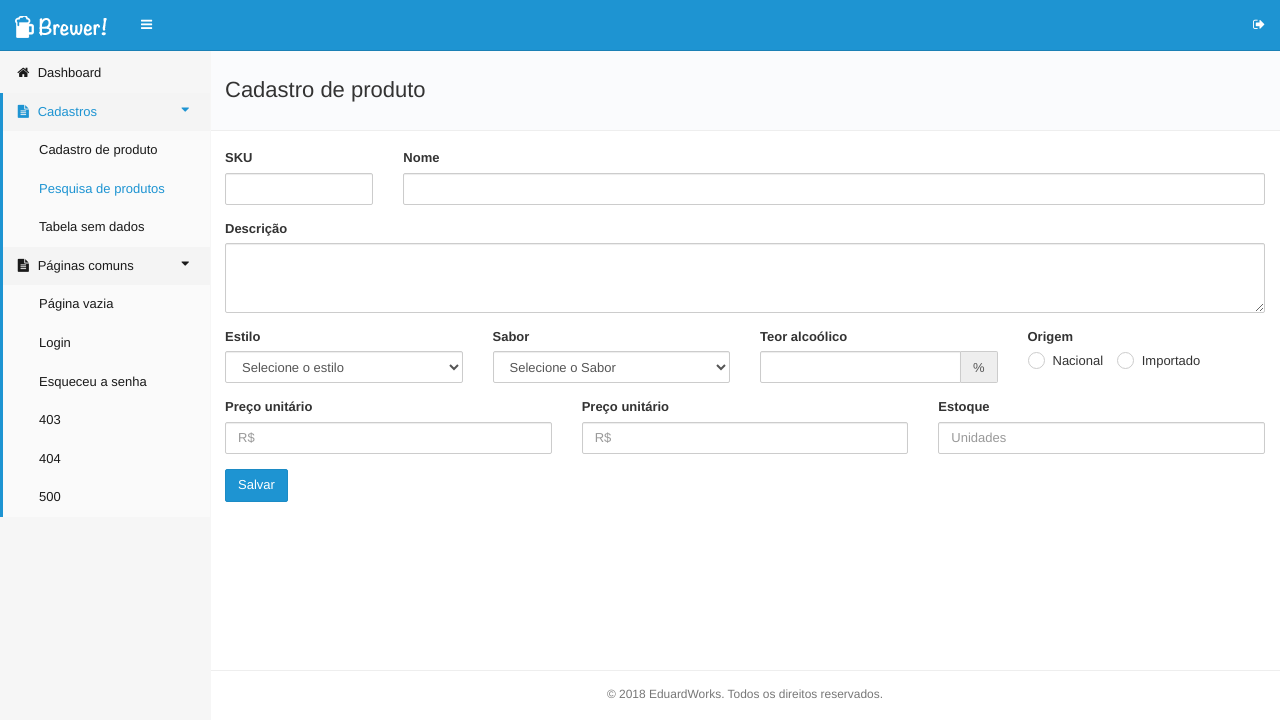
Repository: dumuller/spring-expert
Page: http://localhost/cerveja/CadastroCerveja
These files come from the project's save history. The page is drawn as it stood at one moment and after the next save; the edit follows.
The browser window is 1280 px wide. The pictures show the whole page.
The page is this project's Thymeleaf template; nobody is signed in. The template is opened directly, without the code that normally fills it, so the values that code supplies are empty.

Above is the page before, as saved 2018-12-10 16:53:15.

### brewer/src/main/resources/templates/cerveja/CadastroCerveja.html
<!DOCTYPE html>
<html lang="pt"xmlns="http://www.w3.org/1999/xhtml "
	           xmlns:th="http://www.thymeleaf.org">
<head>
	<meta charset="UTF-8"/>
	<meta http-equiv="X-UA-Compatible" content="IE=edge"/>
	<meta name="viewport" content="width=device-width, initial-scale=1"/>

	<title>Brewer</title>

	<link rel="stylesheet" type="text/css" href="/brewer/layout/stylesheets/vendors.min.css"/>
	<link rel="stylesheet" type="text/css" href="/brewer/layout/stylesheets/algaworks.min.css"/>
	<link rel="stylesheet" type="text/css" href="/brewer/layout/stylesheets/application.css"/>

	<!-- HTML5 shim and Respond.js for IE8 support of HTML5 elements and media queries -->
	<!-- WARNING: Respond.js doesn't work if you view the page via file:// -->
	<!--[if lt IE 9]>
		<script src="https://oss.maxcdn.com/html5shiv/3.7.2/html5shiv.min.js"></script>
		<script src="https://oss.maxcdn.com/respond/1.4.2/respond.min.js"></script>
	<![endif]-->
</head>
<body>

	<div class="aw-layout-page">


	<nav class="navbar  navbar-fixed-top  navbar-default  js-sticky-reference" id="main-navbar">
	  <div class="container-fluid">

	    <div class="navbar-header">
	      <a class="navbar-brand  hidden-xs" href="#">
	        <img alt="AlgaWorks" src="/brewer/images/logo.png"/>
	      </a>

	      <ul class="nav  navbar-nav">
	        <li>
	          <a href="#" class="js-sidebar-toggle"><i class="fa  fa-bars"></i></a>
	        </li>
	      </ul>
	    </div>

	    <ul class="nav navbar-nav  navbar-right">

	      <li>
	        <a href="#"><em class="fa  fa-sign-out"></em></a>
	      </li>
	    </ul>

	  </div>
	</nav>

	<aside class="aw-layout-sidebar  js-sidebar">
		<div class="aw-layout-sidebar__content">

	    	<nav class="aw-menu  js-menu">
	      		<ul class="aw-menu__list">

	        	<li class="aw-menu__item">
	         	 	<a href="dashboard.html"><i class="fa  fa-fw  fa-home"></i><span>Dashboard</span></a>
	       		</li>

	        	<li class="aw-menu__item  is-active">
	          	<a href="#">
	            	<i class="fa  fa-fw  fa-file-text"></i><span>Cadastros</span>
	            	<i class="aw-menu__navigation-icon  fa"></i>
	          	</a>

	          	<ul class="aw-menu__list  aw-menu__list--sublist">
	            	<li class="aw-menu__item  aw-menu__item--link"><a href="cadastro-produto.html">Cadastro de produto</a></li>
	            	<li class="aw-menu__item  aw-menu__item--link  is-active"><a href="pesquisa-produtos.html">Pesquisa de produtos</a></li>
	            	<li class="aw-menu__item  aw-menu__item--link"><a href="tabela-sem-dados.html">Tabela sem dados</a></li>
	          	</ul>
	        	</li>

	        	<li class="aw-menu__item  is-expanded">
	          	<a href="#">
	            	<i class="fa  fa-fw  fa-file-text"></i><span>Páginas comuns</span>
	            	<i class="aw-menu__navigation-icon  fa"></i>
	          	</a>

	          	<ul class="aw-menu__list  aw-menu__list--sublist">
	            	<li class="aw-menu__item  aw-menu__item--link"><a href="pagina-vazia.html">Página vazia</a></li>
	            	<li class="aw-menu__item  aw-menu__item--link"><a href="login.html">Login</a></li>
	            	<li class="aw-menu__item  aw-menu__item--link"><a href="esqueceu-a-senha.html">Esqueceu a senha</a></li>
	            	<li class="aw-menu__item  aw-menu__item--link"><a href="403.html">403</a></li>
	            	<li class="aw-menu__item  aw-menu__item--link"><a href="404.html">404</a></li>
	            	<li class="aw-menu__item  aw-menu__item--link"><a href="500.html">500</a></li>
	          	</ul>
	        	</li>

	      		</ul>
	    	</nav>

		</div>
	</aside>

	<section class="aw-layout-content  js-content">


		<div class="page-header">
			<div class="container-fluid">
				<h1>
					Cadastro de produto
				</h1>
			</div>
		</div>

		<div class="container-fluid">

			<!-- <div class="alert  alert-danger  alert-dismissible" role="alert">
				<button type="button" class="close" data-dismiss="alert" aria-label="Close"><span aria-hidden="true">&times;</span></button>
				<i class="fa  fa-exclamation-circle"></i> Já existe um produto com o nome informado.
			</div> -->

			<form method="POST" th:object="${cerveja}" class="form-vertical  js-form-loading">
				<div class="row">
						<div class="col-sm-2 form-group">
							<label for="sku">SKU</label>
							<input id="sku" type="text" class="form-control"/>
						</div>

						<div class="col-sm-10 form-group">
							<label for="nome">Nome</label>
							<input id="nome" type="text" class="form-control"></input>
						</div>

				</div>

				<div class="form-group">
					<label for="descricao">Descrição</label>
					<textarea id="descricao" rows="3" class="form-control"></textarea>
				</div>

				<div class="row">
						<div class="col-sm-3 form-group">
							<label for="estilo">Estilo</label>
							<select id="estilo" class="form-control">
								<option value="">Selecione o estilo</option>
								<option value="1">Pale Ale</option>
								<option value="2">Pilsen</option>
								<option value="3">Weiss</option>
								<option value="4">IPA</option>
							</select>
						</div>

						<div class="col-sm-3 form-group">
							<label for="sabor">Sabor</label>
							<select id="sabor" class="form-control">
								<option value="">Selecione o Sabor</option>
								<option value="1">Trigo</option>
								<option value="2">Frutada</option>
								<option value="3">Puro Malte</option>
							</select>
						</div>

						<div class="col-sm-3 form-group">
							<label for="teorAlcoolico">Teor alcoólico</label>
							<div class="input-group">
								<input id="teorAlcoolico" type="text" class="form-control"/>
								<div class="input-group-addon">%</div>
							</div>

						</div>

						<div class="col-lg-3 col-sm-6 form-group">
							<label for="origem">Origem</label>
								<div>
									<div class="radio radio-inline">
										<input type="radio" name="origem">
										<label>Nacional</label>
									</div>

									<div class="radio radio-inline">
										<input type="radio" name="origem">
										<label>Importado</label>
									</div>
								</div>

						</div>
				</div>

				<div class="row">
					<div class="col-sm-4">
						<div class="form-group">
							<label for="input-produto-preco">Preço unitário</label>
							<input id="input-produto-preco" type="text" class="form-control" placeholder="R$"/>
						</div>
					</div>

					<div class="col-sm-4">
						<div class="form-group">
							<label for="input-produto-preco">Preço unitário</label>
							<input id="input-produto-preco" type="text" class="form-control" placeholder="R$"/>
						</div>
					</div>

					<div class="col-sm-4">
						<div class="form-group">
							<label for="input-produto-estoque">Estoque</label>
							<input id="input-produto-estoque" type="text" class="form-control" placeholder="Unidades"/>
						</div>
					</div>
				</div>

				<div class="form-group">
					<button class="btn  btn-primary" type="submit">Salvar</button>
				</div>

			</form>
		</div>

	</section>

	<footer class="aw-layout-footer  js-content">
		<div class="container-fluid">
			<span class="aw-footer-disclaimer">&copy; 2018 EduardWorks. Todos os direitos reservados.</span>
		</div>
	</footer>

</div>

<script src="/brewer/layout/javascripts/vendors.min.js"></script>
<script src="/brewer/layout/javascripts/algaworks.min.js"></script>

</body>
</html>

### brewer/src/main/resources/static/layout/stylesheets/application.css
.table-pesq-produto-col-preco {
  min-width: 130px;
  text-align: center;
  display: none !important;
}
@media (min-width: 992px) {
  .table-pesq-produto-col-preco {
    display: block !important;
  }
  table.table-pesq-produto-col-preco {
    display: table !important;
  }
  tr.table-pesq-produto-col-preco {
    display: table-row !important;
  }
  th.table-pesq-produto-col-preco,
  td.table-pesq-produto-col-preco {
    display: table-cell !important;
  }
}
.table-pesq-produto-col-estoque {
  min-width: 100px;
  text-align: center;
  display: none !important;
}
@media (min-width: 992px) {
  .table-pesq-produto-col-estoque {
    display: block !important;
  }
  table.table-pesq-produto-col-estoque {
    display: table !important;
  }
  tr.table-pesq-produto-col-estoque {
    display: table-row !important;
  }
  th.table-pesq-produto-col-estoque,
  td.table-pesq-produto-col-estoque {
    display: table-cell !important;
  }
}
.table-pesq-produto-col-status {
  min-width: 100px;
  text-align: center;
}
.table-pesq-produto-col-acoes {
  min-width: 105px;
  text-align: center;
}

Loaded but not shown: brewer/src/main/resources/static/layout/stylesheets/vendors.min.css (library); brewer/src/main/resources/static/layout/stylesheets/algaworks.min.css (library); brewer/src/main/resources/static/layout/javascripts/vendors.min.js (library); brewer/src/main/resources/static/layout/javascripts/algaworks.min.js (common file)

After the next save:
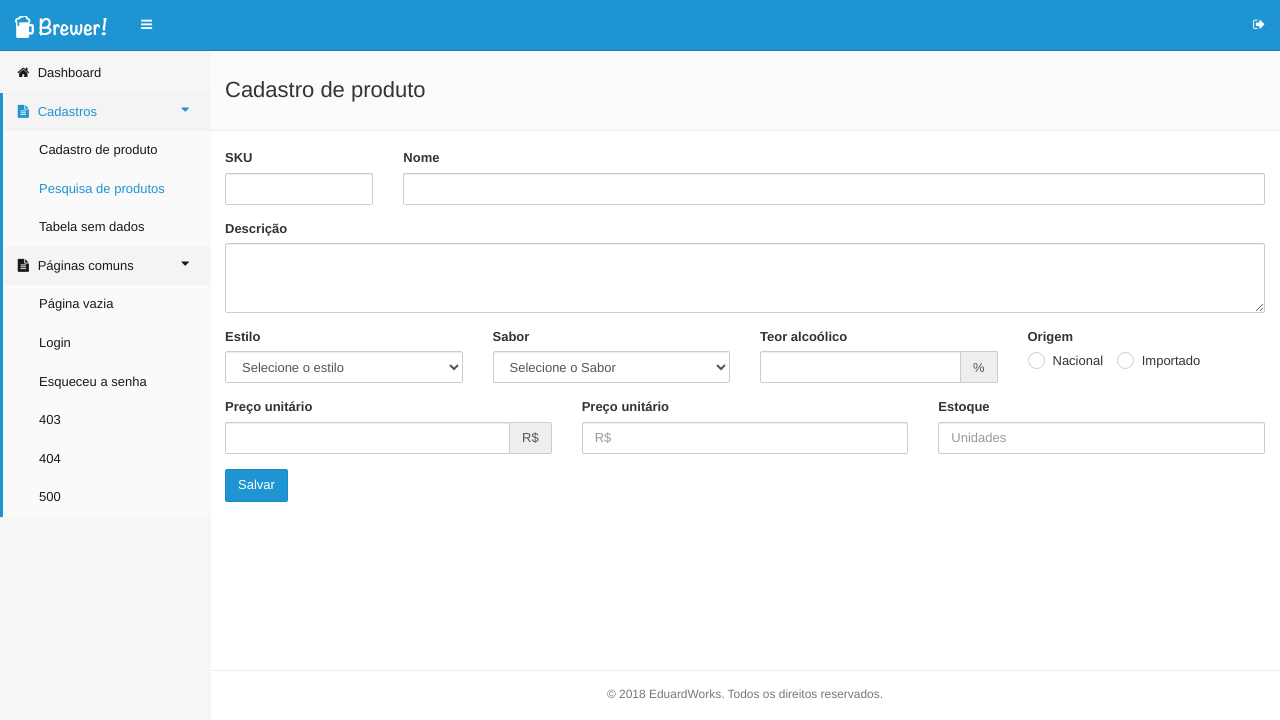
Saved 76 s later.
--- a/brewer/src/main/resources/templates/cerveja/CadastroCerveja.html
+++ b/brewer/src/main/resources/templates/cerveja/CadastroCerveja.html
@@ -182,8 +182,11 @@
 				<div class="row">
 					<div class="col-sm-4">
 						<div class="form-group">
-							<label for="input-produto-preco">Preço unitário</label>
-							<input id="input-produto-preco" type="text" class="form-control" placeholder="R$"/>
+							<label for="preco">Preço unitário</label>
+							<div class="input-group">
+								<input id="preco" type="text" class="form-control"/>
+								<div class="input-group-addon">R$</div>
+							</div>
 						</div>
 					</div>
 
